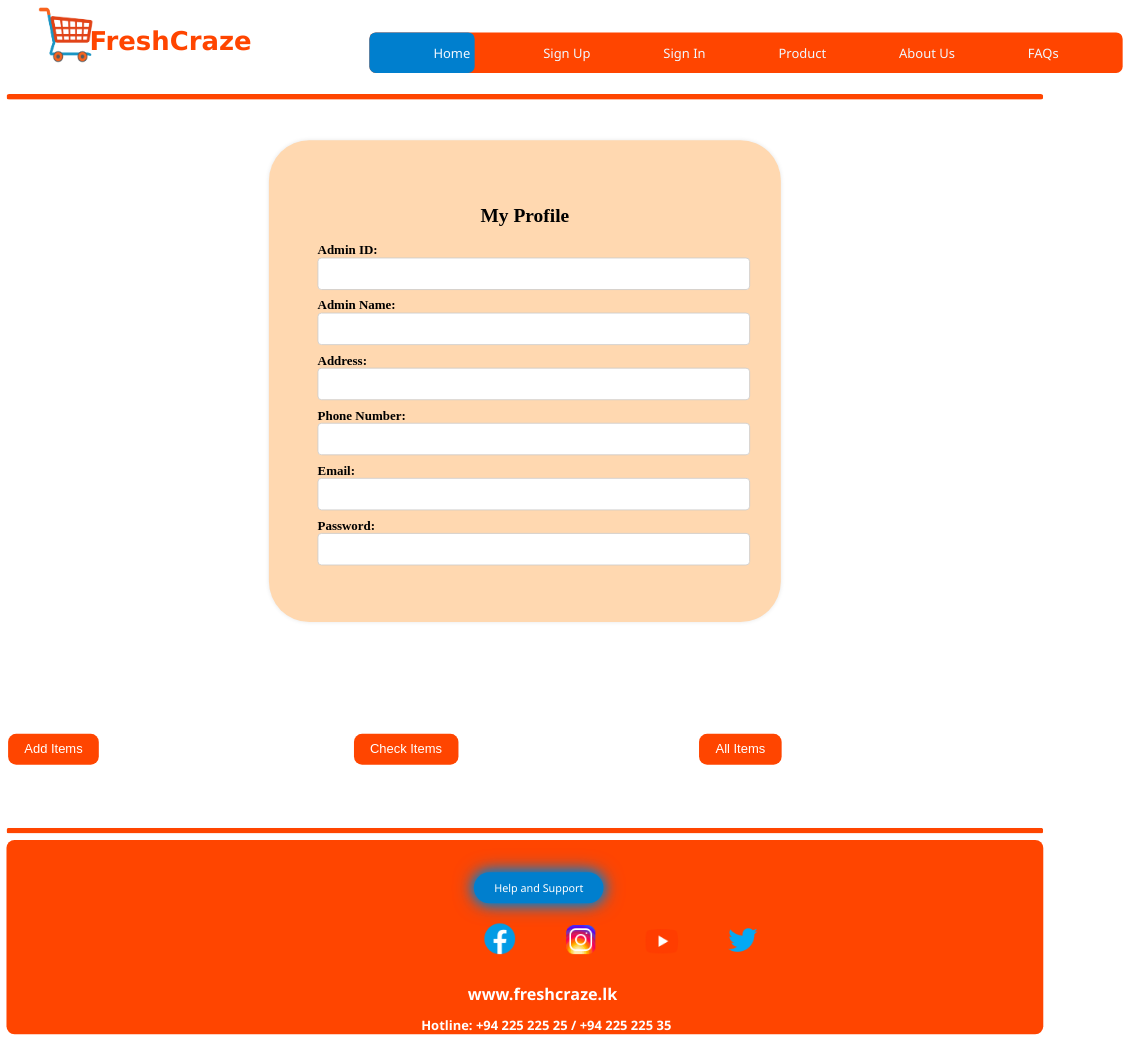
Repository: shanika2002/FreshCraze
Page: http://localhost/itemDem/profile.jsp
The author's editor kept a copy of each file at every save. The page is drawn from the files as they stood at one save, then again after the next save.
The browser window is 1280 px wide. The page is 1386 px wide, so the pictures cover 1386 px, including what lies to the right of the window. The pictures show the whole page, at 81% of full size.
The page is served by Tomcat 9. Other server files are loaded and not shown. The template is opened directly, without the code that normally fills it, so the values that code supplies are empty.

Above is the page before, as saved 2024-05-11 08:48:21.

### itemDem/src/main/webapp/profile.jsp
<%@ page language="java" contentType="text/html; charset=ISO-8859-1"
	pageEncoding="ISO-8859-1"%>

<%@ taglib uri="http://java.sun.com/jsp/jstl/core" prefix="c"%>

<!DOCTYPE html>
<html>
<head>
<link rel="stylesheet" href="css/adminprofile.css">
<meta charset="ISO-8859-1">
<title>Insert title here</title>
</head>
<body>

	<img src="images\logo.png" class="logo">

	<h1 class="logo_topic">FreshCraze</h1>

	<nav class="navbar">
		<a href="index.jsp">Home</a> <a href="register.jsp">Sign Up</a> <a href="mainLogin.jsp">Sign
			In</a> <a href="addItem.jsp">Product</a> <a href="link">About Us</a> <a
			href="link">FAQs</a> <span></span>
	</nav>

	<hr class="topic_line">

<div class="container">
	<h2>My Profile</h2>

	<c:set var="ad" value="${admin}" />
	<div class="form-group">
		<label for="supplierid">Admin ID:</label> <input type="text"
			id="adminid" name="adminid" required value="${ad.id }">
	</div>
	<div class="form-group">
		<label for="suppliername">Admin Name:</label> <input type="text"
			id="adminname" name="adminname" required value="${ad.name }">
	</div>
	<div class="form-group">
		<label for="address">Address:</label> <input type="text" id="address"
			name="address" required value="${ad.address }">
	</div>
	<div class="form-group">
		<label for="phonenumber">Phone Number:</label> <input type="tel"
			id="phonenumber" name="phonenumber" pattern="[0-9]{10}" required
			value="${ad.phoneNumber }">
	</div>
	<div class="form-group">
		<label for="email">Email:</label> <input type="email" id="email"
			name="email" required value="${ad.email }">
	</div>
	<div class="form-group">
		<label for="password">Password:</label> <input type="password"
			id="text" name="password" required value="${ad.password }">
	</div>
</div>
	<br><br>

	<div class="button-container">
	<form action="addItem.jsp" method="post">
		<button type="submit">Add Items</button><br><br>
	</form>

	<form action="checkItem.jsp" method="post">
		<button type="submit">Check Items</button><br><br>
	</form>

	<form action="adminItem" method="post">
		<button type="submit">All Items</button><br><br>
	</form>
</div>

	<hr class="footer_line">

	<div class="footer">
		<a href="link" target="_blank">
			<button type="button" class="help_button">Help and Support</button>
		</a>

		<div class="fb_icon">
			<a href="https://www.facebook.com/" target="_blank"><img
				src="images/facebook.png"></a>
		</div>

		<div class="insta_icon">
			<a href="https://www.instagram.com/" target="_blank"><img
				src="images/insta.png"></a>
		</div>

		<div class="twitt_icon">
			<a href="https://www.twitter.com/" target="_blank"><img
				src="images/Twitter.png"></a>
		</div>

		<div class="yt_icon">
			<a href="https://www.youtube.com/" target="_blank"><img
				src="images/yt.png"></a>
		</div>
	</div>

	<div class="contacts">
		<h1 class="link">www.freshcraze.lk</h1>
		<h1>Hotline: +94 225 225 25 / +94 225 225 35</h1>
	</div>

</body>
</html>

### itemDem/src/main/webapp/css/adminprofile.css
@charset "ISO-8859-1";

body{
    background-color: #ffffff;
    background-repeat: no-repeat;
    background-attachment: fixed;
    background-position: center;
    width: 100%;
}

.logo{
    width: 70px;
    height: 70px;
    margin-left: 3%;
}

.logo_topic{
    font-family: verdana;
    margin-left: 8%;
    margin-top: -3.9%;
    color: orangered;
}

.navbar{
    margin-left:35%;
    margin-top:-4%;
    padding: 0;
    box-sizing: border-box;
    font-family: 'Segoe UI';
    display: flex;
    justify-content:center;
    align-items: center;
    min-height: 5vh;

    position:relative;
    background-color: orangered;
    border-radius: 8px;
    width: 930px;
    height: 50px;
    display: flex;
}

nav a{
    position: relative;
    display: inline-block;
    font-size: 1em;
    font-weight: 500;
    color: aliceblue;
    text-decoration: none;
    padding: 45px;
    z-index: 1;
}

nav span{
    position: absolute;
    top: 0;
    left: 0;
    width: 130px;
    height: 100%;
    background-color:rgb(0, 127, 206);
    border-radius: 8px;
    transition: .3s;
}

nav a:nth-child(1):hover~span{
    left: 0;
    width: 400;
}

nav a:nth-child(2):hover~span{
    left: 170px;
    width: 110px;
}

nav a:nth-child(3):hover~span{
    left:300px;
    width: 110px;
}

nav a:nth-child(4):hover~span{
    left: 450px;
    width: 150px;
}

nav a:nth-child(5):hover~span{
    left: 650px;
    width: 110px;
}

nav a:nth-child(6):hover~span{
    left: 805px;
    width: 125px;
}



.topic_line{
    border: none;
    margin-top: 2%;
    border-top: 7px solid orangered;
    border-radius: 10px;
}

.help_button{
    box-shadow:0 0 15px rgb(0, 127, 206),0 0 25px rgb(0, 127, 206);
    border: none;
    width: 160px;
    margin-left: 44%;
    font-family: 'Segoe UI';
    padding: 10px 12px;
    color: #ffffff;
    background-color:rgb(0, 127, 206);
    border-radius: 20px;
}

.help_button:hover{
    box-shadow: 0 0 25px rgb(0, 127, 206);
}

.fb_icon{
    margin-left: 560px;
    margin-top: 20px;
}

.insta_icon{
    margin-left: 660px;
    margin-top: -51px;
}

.yt_icon{
    margin-left: 760px;
    margin-top: -51px;
}

.twitt_icon{
    margin-left: 860px;
    margin-top: -51px;
}

.container {
    width: 40%;
    margin: 50px auto;
    background-color: #ffd8b0;
    padding: 60px;
    border-radius: 50px;
    box-shadow: 0 0 5px rgba(0, 0, 0, 0.1);
  }

  h2 {
    text-align: center;
  }

  form {
    width: 100%;
  }

  .form-group {
    margin-bottom: 10px;
  }

  .form-group label {
    display: block;
    font-weight: bold;
  }

  .form-group input[type="text"],
  .form-group input[type="email"],
  .form-group input[type="tel"],
  .form-group input[type="password"]{
    width: 100%;
    padding: 10px;
    border: 1px solid #ccc;
    border-radius: 5px;
    font-size: 16px;
  }

.button-container {
    display: flex;
    justify-content: center; /* Center horizontally */
    align-items: center; /* Center vertically */
    margin-top: 50px; /* Adjust as needed */
}

form {
    margin: 2px; /* Adjust as needed for spacing between buttons */
}

button[type="submit"] {
    background-color: orangered;
    color: #fff;
    padding: 10px 20px;
    border: none;
    border-radius: 10px;
    cursor: pointer;
    font-size: 16px;
    margin-bottom: 20px;
}

button[type="submit"]:hover {
    background-color: #0056b3;
}


.footer{
    height: 200px;
    background-color: orangered;
    padding-top: 40px;
    padding-left: 25px;
    border-radius: 10px;
}

.footer_line{
    border: none;
    margin-top: 3%;
    border-top: 7px solid orangered;
    border-radius: 10px;
}

.contacts{
    font-size: 8px;
    color:rgb(255, 255, 255);
    font-family: 'Segoe UI';
    margin-left: 40%;
    margin-top: -5%;
}

.link{
    font-size: 20px ;
    margin-top: -6%;
    margin-left: 7.5%;
}

After the next save:
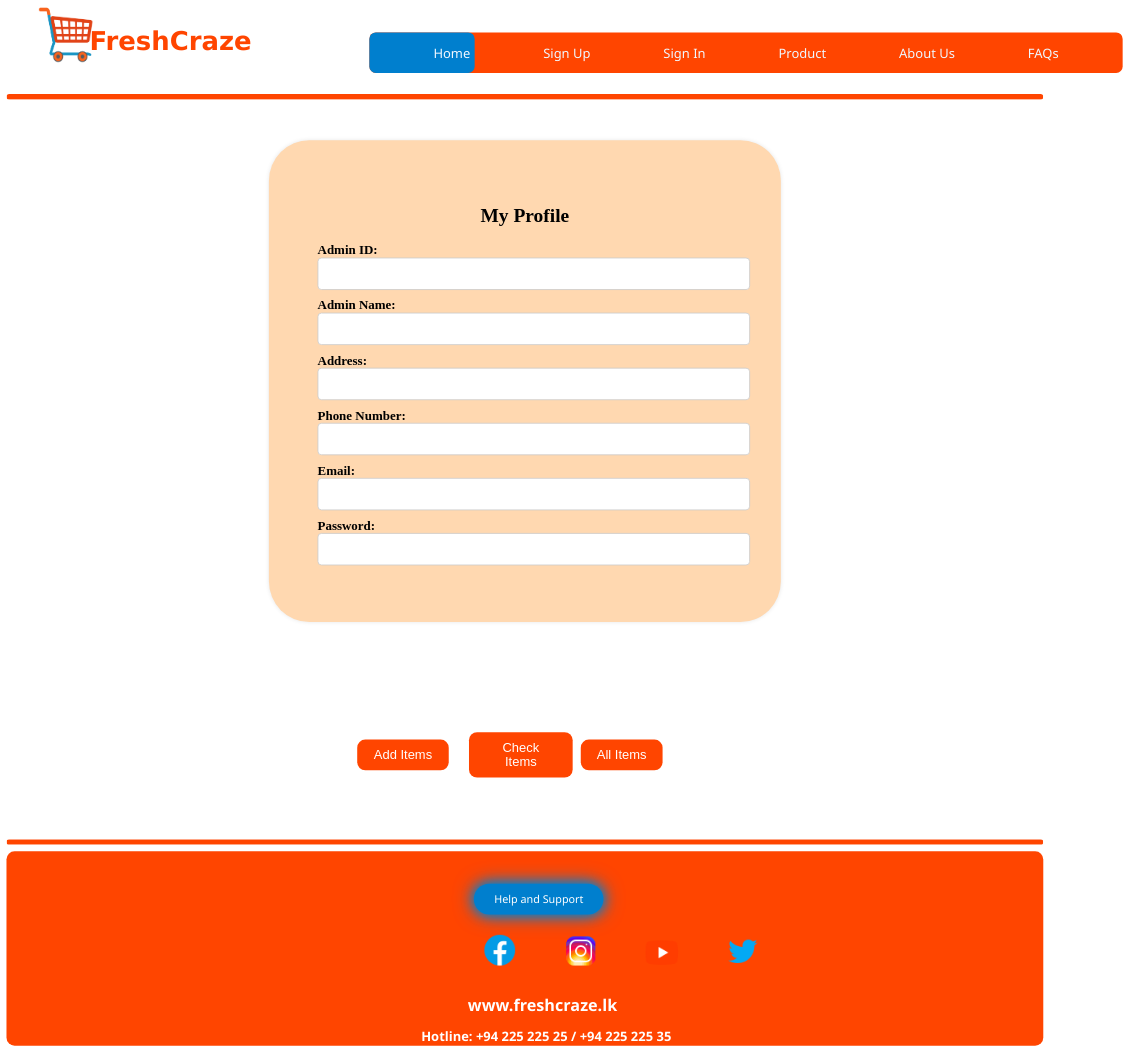
Saved 115 s later.
--- a/itemDem/src/main/webapp/css/adminprofile.css
+++ b/itemDem/src/main/webapp/css/adminprofile.css
@@ -182,7 +182,9 @@ nav a:nth-child(6):hover~span{
 }
 
 form {
-    margin: 2px; /* Adjust as needed for spacing between buttons */
+    display: inline-block;
+    width: calc(10% - 0.3px);
+    margin-right: 10px;
 }
 
 button[type="submit"] {
